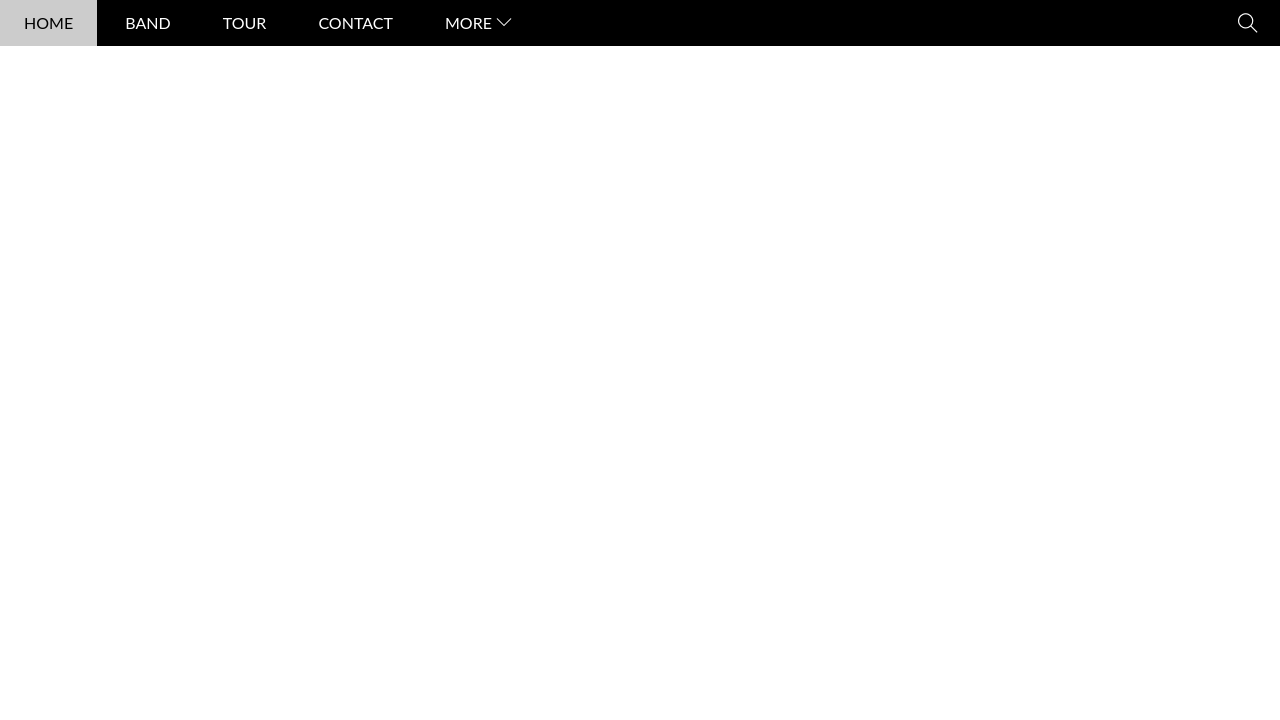
Repository: tatvanhco/web-dau-tay
Page: index.html
An editor plug-in stored every save of this project. The page is shown before and after the next save, followed by the edit.
The browser window is 1280 px wide. The pictures show the whole page.

Above is the page before, as saved 2022-01-23 17:49:01.

After the next save:
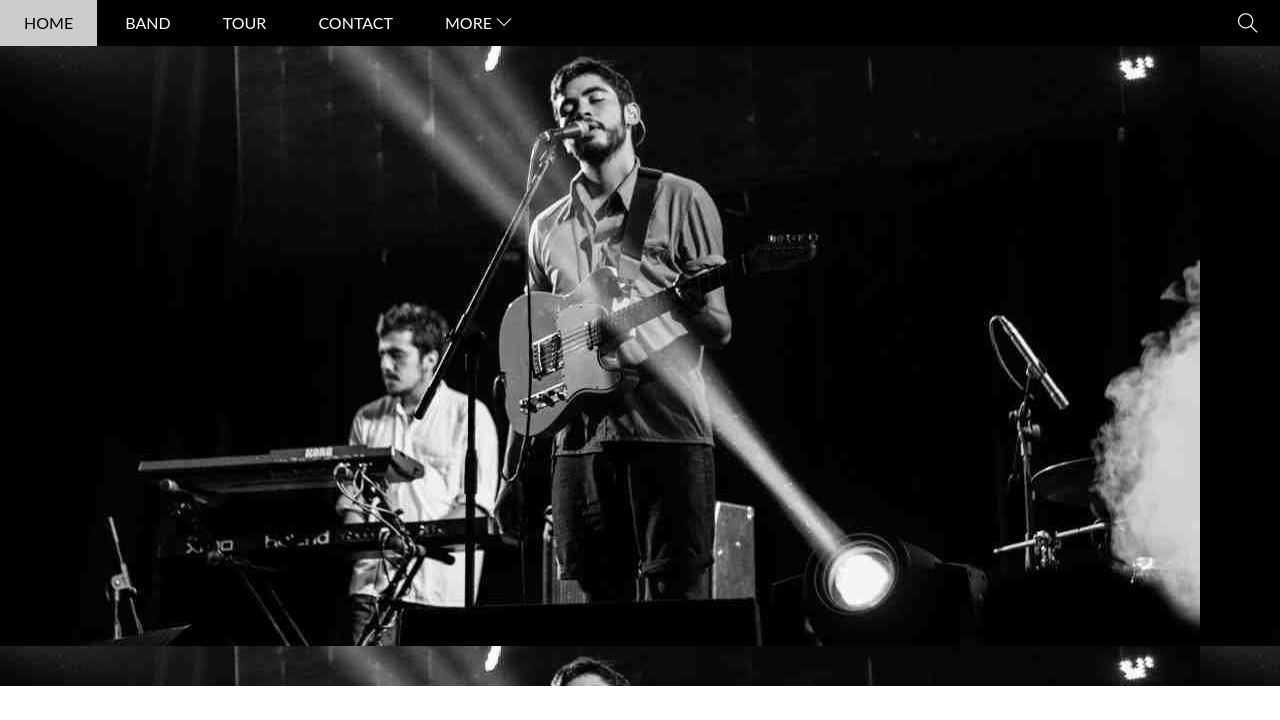
Saved 46 s later.
--- a/assets/css/style.css
+++ b/assets/css/style.css
@@ -88,4 +88,5 @@ body {
 #slide {
     margin-top: 46px;
     padding-top: 50%;
+    background: url(/assets/img/slider/chicago.jpg);
 }
